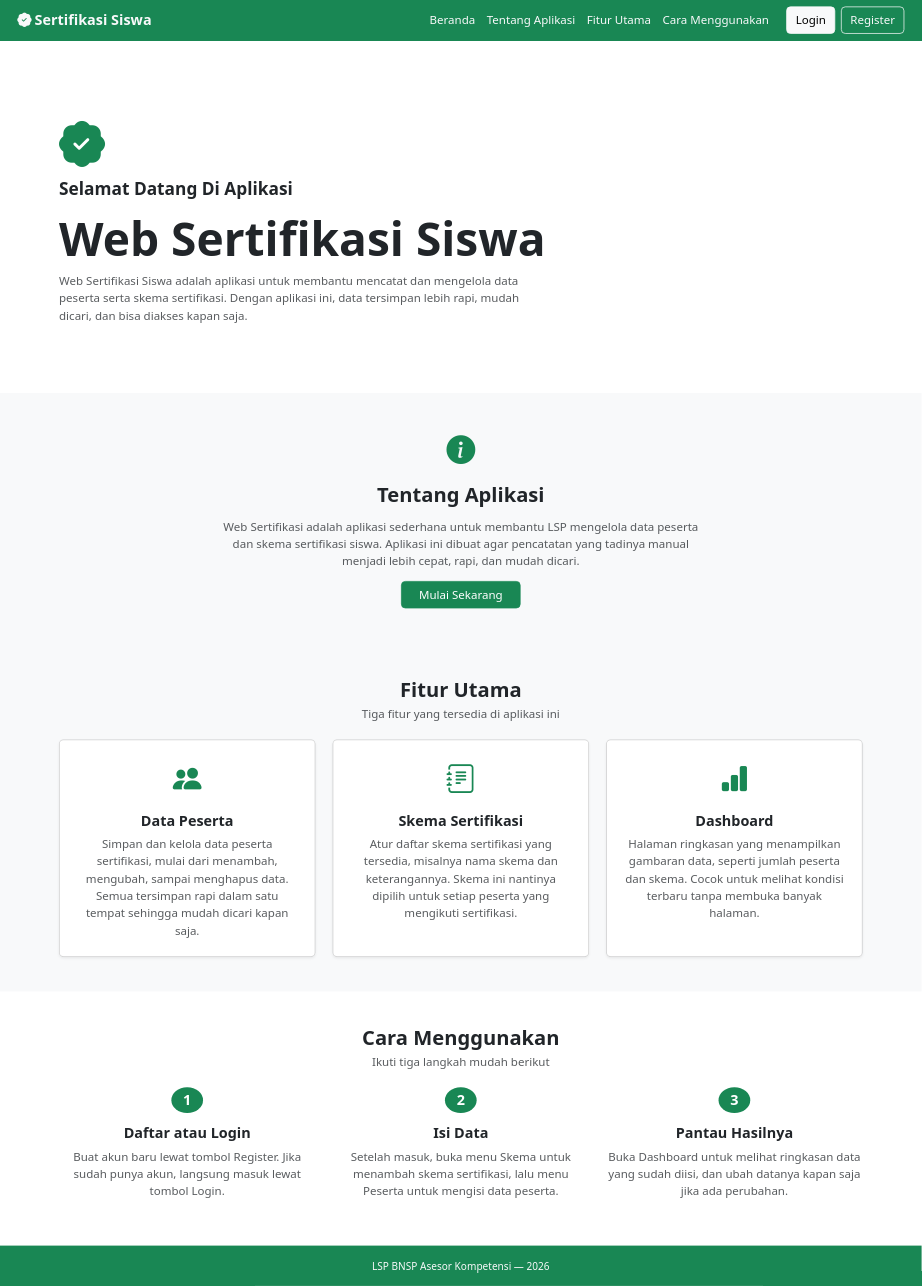
Repository: Zaki-Blip/USK_Project
Page: http://localhost/
An editor plug-in stored every save of this project. The page is shown before and after the next save, followed by the edit.
The browser window is 1280 px wide. The pictures show the whole page, at 72% of full size.
The page is served by the project's Laravel application, run on PHP 8.4 with Laravel 12.

Above is the page before, as saved 2026-10-13 06:19:38.

After the next save:
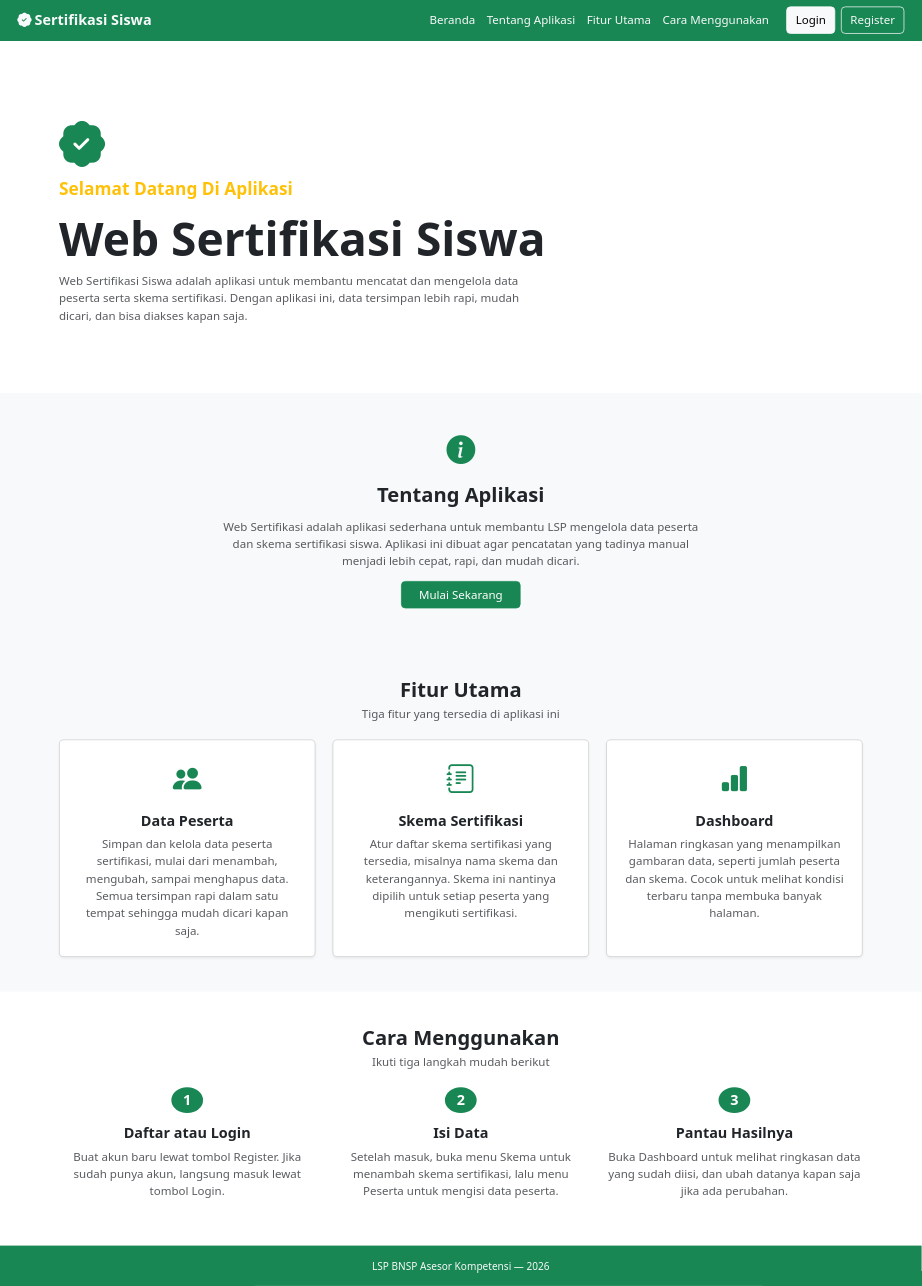
Saved 10 s later.
--- a/resources/views/halamanAwal.blade.php
+++ b/resources/views/halamanAwal.blade.php
@@ -41,7 +41,7 @@
 <section id="beranda" class="container text-start py-5">
     <div class="py-5">
         <i class="bi bi-patch-check-fill text-success" style="font-size: 4rem;"></i>
-        <h4 class="text-alert fw-bold">Selamat Datang Di Aplikasi</h4>
+        <h4 class="text-warning fw-bold">Selamat Datang Di Aplikasi</h4>
         <h1 class="display-3 fw-bold mt-3">Web Sertifikasi Siswa</h1>
         <p class="text-muted mb-0" style="max-width: 650px;">
             Web Sertifikasi Siswa adalah aplikasi untuk membantu mencatat dan mengelola
